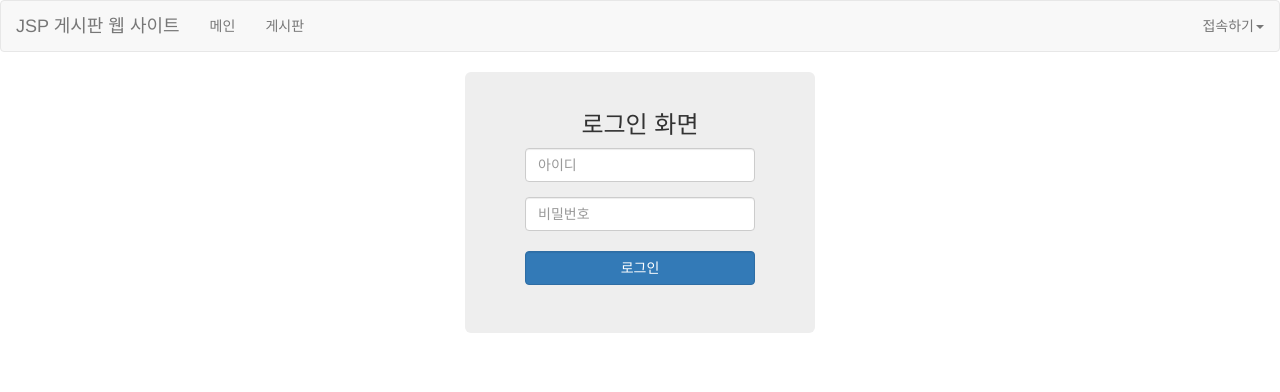
Repository: chyun94/JSP-
Page: http://localhost/BBS/join.jsp
An editor plug-in stored every save of this project. The page is shown before and after the next save, followed by the edit.
The browser window is 1280 px wide. The pictures show the whole page.
Some web libraries are served in a nearby version. The page is served by Tomcat 9. Other server files are loaded and not shown.

Above is the page before, as saved 2021-05-07 11:33:30.

### BBS/WebContent/join.jsp
<%@ page language="java" contentType="text/html; charset=UTF-8"
	pageEncoding="UTF-8"%>
<!DOCTYPE html>
<html>
<head>
<meta http-equiv="Content-Type" content="text/html; charset="UTF-8">
<!-- 아래 메타 태그는 디바이스마다 크기를 설정하기 위해서 작한한 메타 태그 -->
<meta name="viewport" content="width=device-width" , initial-scale="1">
<link rel="stylesheet" href="css/bootstrap.css">

<title>JSP 게시판 웹 사이트</title>
</head>
<body>
	<nav class="navbar navbar-default">
		<div class="navbar-header">
			<button type="button" class="navbar-toggle collapsed"
				data-toggle="collapse" data-target="#bs-example-navbar-collapse-1"
				aria-expanded="false">

				<span class="icon-bar"></span> <span class="icon-bar"></span> <span
					class="icon-bar"></span>

			</button>
			<a class="navbar-brand" href="main.jsp">JSP 게시판 웹 사이트</a>
		</div>
		<div class="collapse navbar-collapse"
			id="bs-example-navbar-collapse-1">
			<ul class="nav navbar-nav">
				<li><a href="main.jsp">메인</a></li>
				<li><a href="bbs.jsp">게시판</a></li>
			</ul>

			<ul class="nav navbar-nav navbar-right">
				<li class="dropdown">
				<a href="#" class="dropdown-toggle"
				data-toggle="dropdown" role="button" aria-haspopup="true"
				aria-expanded="false">접속하기<span class="caret"></span></a>

				<ul class="dropdown-menu">
					<li class="active"><a href="login.jsp">로그인</a></li>
					<li><a href="join.jsp">회원가입</a></li>
				</ul>
			</li>
		</ul>
	</div>
</nav>
	<!-- 컨테이너로 하나로 감싸주기 -->
	<div class="container">
		<div class="col-lg-4"></div>
		<div class="col-lg-4">
			<div class="jumbotron" style="padding-top: 20px;">
				<form method="post"  action="loginAction.jsp">
					<h3 style="text-align: center;">로그인 화면</h3>

					<div class="form-group">
						<input type="text" class="form-control" placeholder="아이디" name="userID" maxlength="20">
					</div>

					<div>
						<input type="text" class="form-control" placeholder="비밀번호" name="userPassword" maxlength="20">
					</div>

					<div style="padding-top: 20px;">
					<input type="submit" class="btn btn-primary form-control" value="로그인">
					</div>

				</form>
			</div>
		</div>
	</div>
	<div class="col-lg-4"></div>

	<script src="https://code.jquery.com/jquery-3.1.1.min.js"></script>
	<script src="js/bootstrap.js"></script>

</body>
</html>

Loaded but not shown: BBS/WebContent/css/bootstrap.css (library); BBS/WebContent/js/bootstrap.js (library)

After the next save:
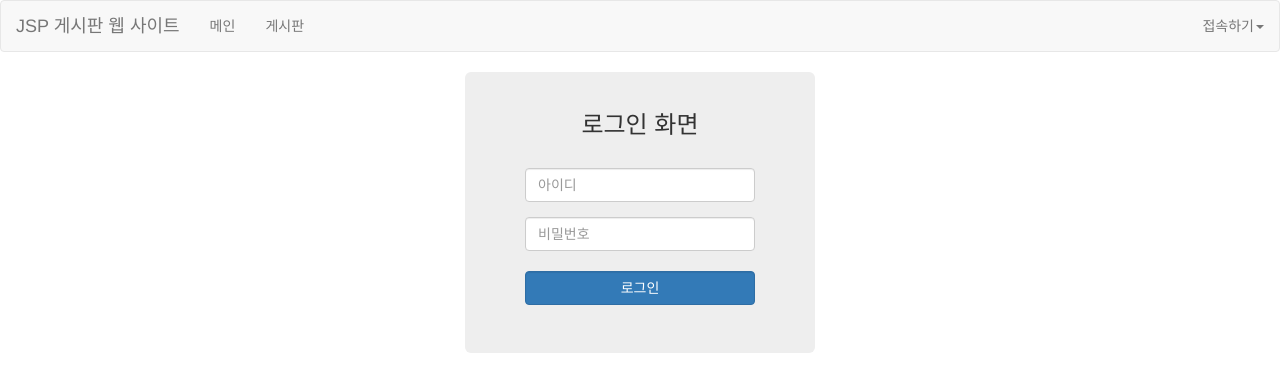
Saved 13 s later.
--- a/BBS/WebContent/join.jsp
+++ b/BBS/WebContent/join.jsp
@@ -50,7 +50,7 @@
 		<div class="col-lg-4">
 			<div class="jumbotron" style="padding-top: 20px;">
 				<form method="post"  action="loginAction.jsp">
-					<h3 style="text-align: center;">로그인 화면</h3>
+					<h3 style="text-align: center; padding-bottom: 20px;">로그인 화면</h3>
 
 					<div class="form-group">
 						<input type="text" class="form-control" placeholder="아이디" name="userID" maxlength="20">
